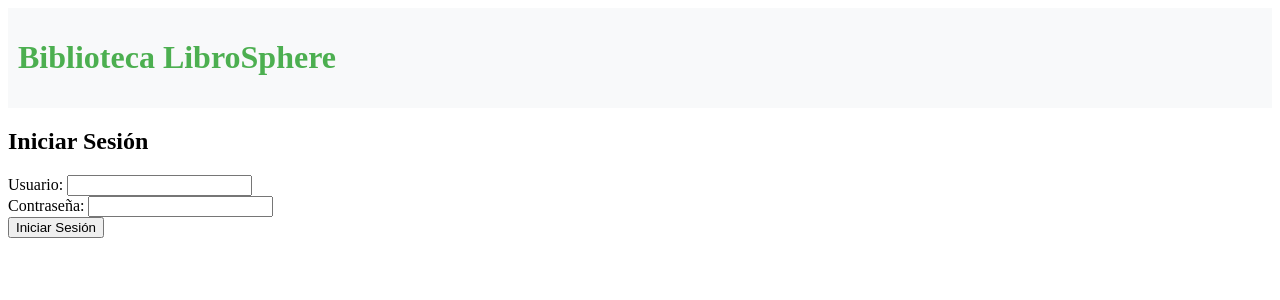
Repository: izhanlaraagarcia/BBDD-Biblioteca
Page: http://localhost/UF2/index.php
An editor plug-in stored every save of this project. The page is shown before and after the next save, followed by the edit.
The browser window is 1280 px wide. The pictures show the whole page.
The page is run by PHP 8.4 with error messages shown; the project is at /var/www/html/.

Above is the page before, as saved 2024-10-22 12:34:31.

### UF2/index.php
<?php
session_start();

// Comprobar si el usuario ya ha iniciado sesión
if (isset($_SESSION['usuario'])) {
    if ($_SESSION['usuario'] == 'admin') {
        header("Location: vista/admin.php");
    } elseif ($_SESSION['usuario'] == 'user') {
        header("Location: vista/user.php");
    }
    exit();
}
?>

<!DOCTYPE html>
<html lang="es">
<head>
    <meta charset="UTF-8">
    <meta name="viewport" content="width=device-width, initial-scale=1.0">
    <title>Biblioteca</title>
</head>
<body>
    <?php include 'vista/header.php'; ?>

    <h2>Iniciar Sesión</h2>

    <?php
    // Mostrar mensaje de error si existe
    if (isset($_SESSION['error'])) {
        echo "<p style='color:red'>{$_SESSION['error']}</p>";
        unset($_SESSION['error']); // Limpiar el mensaje después de mostrarlo
    }
    ?>

    <form action="controlador/login.php" method="POST">
        <label for="usuario">Usuario:</label>
        <input type="text" id="usuario" name="usuario" required>
        <br>
        <label for="contrasena">Contraseña:</label>
        <input type="password" id="contrasena" name="contrasena" required>
        <br>
        <input type="submit" value="Iniciar Sesión">
    </form>
</body>
</html>

### UF2/vista/header.php
<header>
    <h1>Biblioteca LibroSphere</h1>
    <style>
        h1 { color: #4CAF50; }
        header { background-color: #f8f9fa; padding: 10px; }
    </style>
</header>

After the next save:
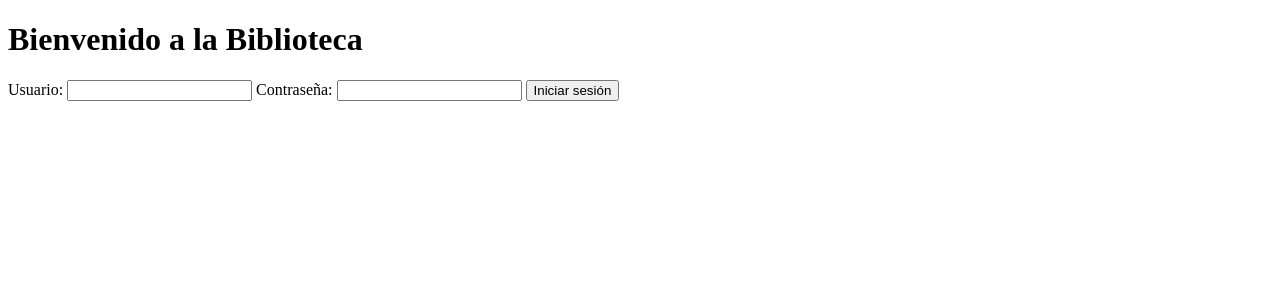
Saved 38 s later.
--- a/UF2/index.php
+++ b/UF2/index.php
@@ -1,15 +1,5 @@
 <?php
 session_start();
-
-// Comprobar si el usuario ya ha iniciado sesión
-if (isset($_SESSION['usuario'])) {
-    if ($_SESSION['usuario'] == 'admin') {
-        header("Location: vista/admin.php");
-    } elseif ($_SESSION['usuario'] == 'user') {
-        header("Location: vista/user.php");
-    }
-    exit();
-}
 ?>
 
 <!DOCTYPE html>
@@ -17,29 +7,27 @@ if (isset($_SESSION['usuario'])) {
 <head>
     <meta charset="UTF-8">
     <meta name="viewport" content="width=device-width, initial-scale=1.0">
-    <title>Biblioteca</title>
+    <title>Login - Biblioteca</title>
 </head>
 <body>
-    <?php include 'vista/header.php'; ?>
-
-    <h2>Iniciar Sesión</h2>
+    <h1>Bienvenido a la Biblioteca</h1>
 
     <?php
     // Mostrar mensaje de error si existe
     if (isset($_SESSION['error'])) {
-        echo "<p style='color:red'>{$_SESSION['error']}</p>";
-        unset($_SESSION['error']); // Limpiar el mensaje después de mostrarlo
+        echo "<p style='color:red'>" . $_SESSION['error'] . "</p>";
+        unset($_SESSION['error']);  // Eliminar el mensaje de error después de mostrarlo
     }
     ?>
 
-    <form action="controlador/login.php" method="POST">
+    <form action="controlador/login.php" method="post">
         <label for="usuario">Usuario:</label>
-        <input type="text" id="usuario" name="usuario" required>
-        <br>
+        <input type="text" name="usuario" id="usuario" required>
+
         <label for="contrasena">Contraseña:</label>
-        <input type="password" id="contrasena" name="contrasena" required>
-        <br>
-        <input type="submit" value="Iniciar Sesión">
+        <input type="password" name="contrasena" id="contrasena" required>
+
+        <button type="submit">Iniciar sesión</button>
     </form>
 </body>
 </html>
